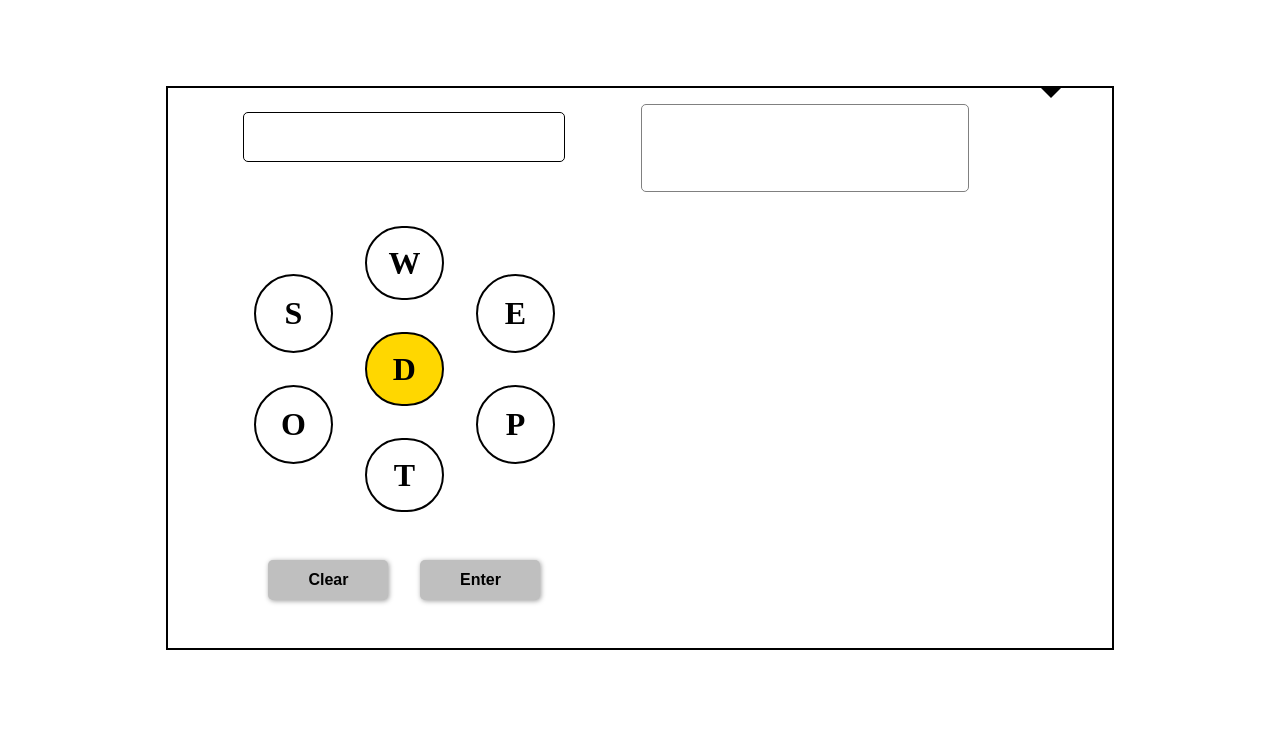
Repository: wellgordon/spelling-bee-clone
Page: /game
These files come from the project's save history. The page is drawn as it stood at one moment and after the next save; the edit follows.
The browser window is 1280 px wide. The pictures show the whole page.
The project was rebuilt for these pictures with package versions that can differ from the ones it lists, and the page was loaded fresh each time. Also part of the build but not shown: src/index.css, src/components/Home.tsx.

Above is the page before, as saved 2022-01-28 18:53:10.

After the next save:
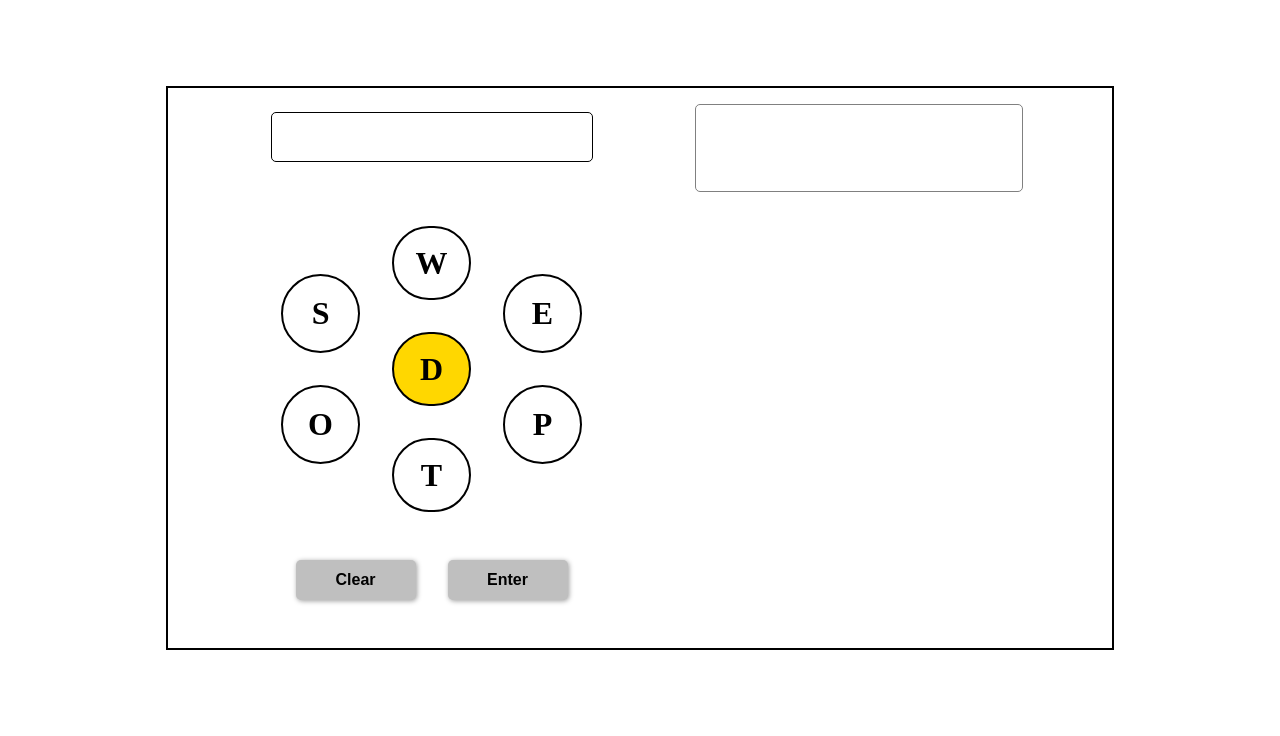
Saved 7 s later.
--- a/src/components/GameUI.tsx
+++ b/src/components/GameUI.tsx
@@ -85,9 +85,9 @@ const GameUI = ({
                   return <FoundText>{`${word}, `}</FoundText>;
                 })}
           </Accordion>
-          <span onClick={toggle}>
+          {/* <span onClick={toggle}>
             {open === true ? <TriangleUp /> : <TriangleDown />}
-          </span>
+          </span> */}
         </SubContainer>
       </MainContainer>
     </>
